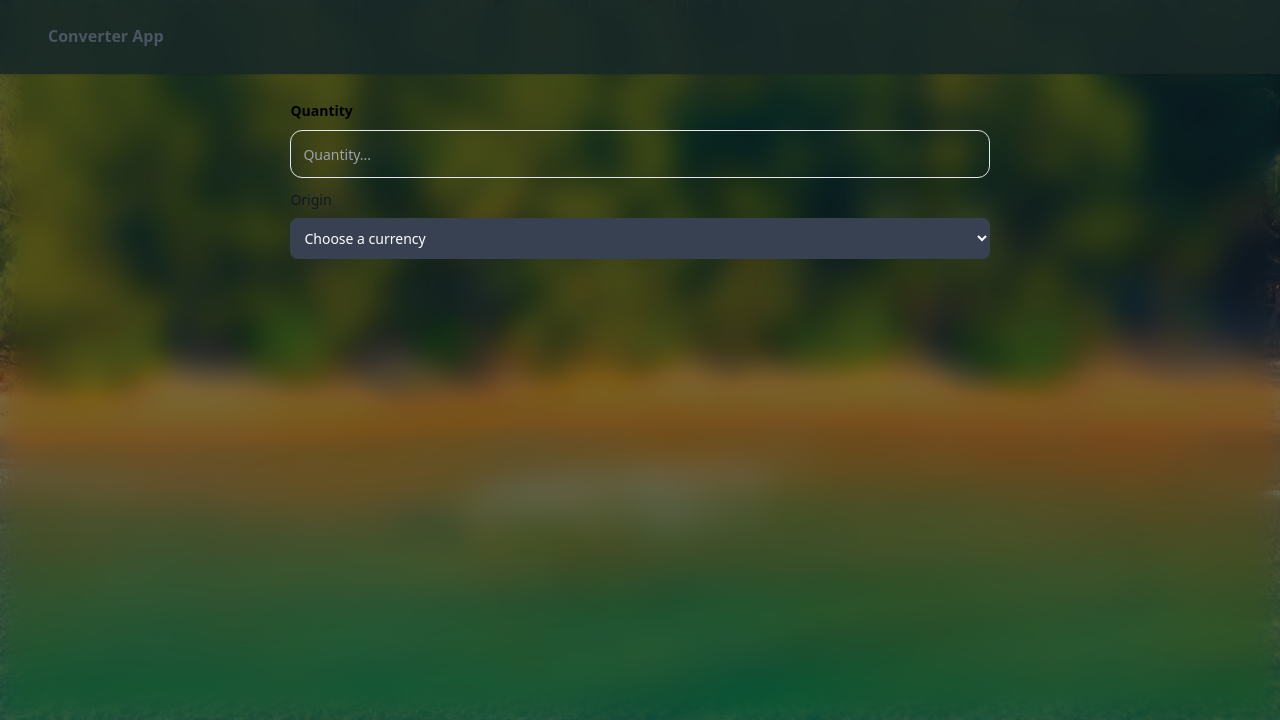
Repository: mikelCabezas/angular-exercices
Page: / (app in converter/)
An editor plug-in stored every save of this project. The page is shown before and after the next save, followed by the edit.
The browser window is 1280 px wide. The pictures show the whole page.
The project was rebuilt for these pictures with package versions that can differ from the ones it lists, and the page was loaded fresh each time. Also part of the build but not shown: converter/angular.json.

Above is the page before, as saved 2023-09-15 18:17:47.

After the next save:
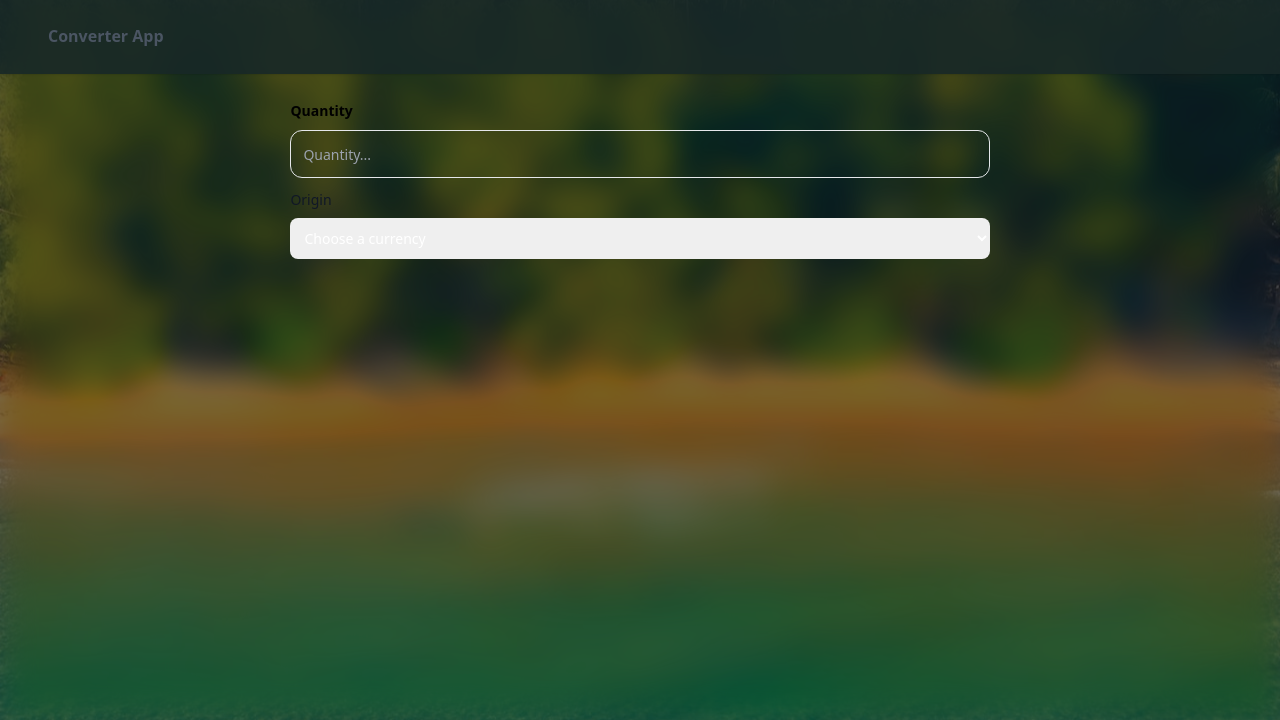
Saved 10 s later.
--- a/converter/src/app/components/converter/converter.component.html
+++ b/converter/src/app/components/converter/converter.component.html
@@ -8,7 +8,7 @@
         </div>
         <div class="col px-5">
             <label for="countries" class="block mb-2 text-sm font-medium text-gray-900 dark:text-gray-400">Origin</label>
-            <select id="countries" class=" text-sm rounded-lg focus:ring-blue-500 focus:border-blue-500 block w-full p-2.5 bg-gray-700 border-gray-600 placeholder-gray-400 text-white dark:focus:ring-blue-500 dark:focus:border-blue-500">
+            <select id="countries" class=" text-sm rounded-lg focus:ring-blue-500 focus:border-blue-500 block w-full p-2.5 bg-rgba(24,41,39,0.9) border-gray-600 placeholder-gray-400 text-white dark:focus:ring-blue-500 dark:focus:border-blue-500">
                 <option selected>Choose a currency</option>
                 <option value="EUR">Euro</option>
                 <option value="USD">US Dollar</option>
